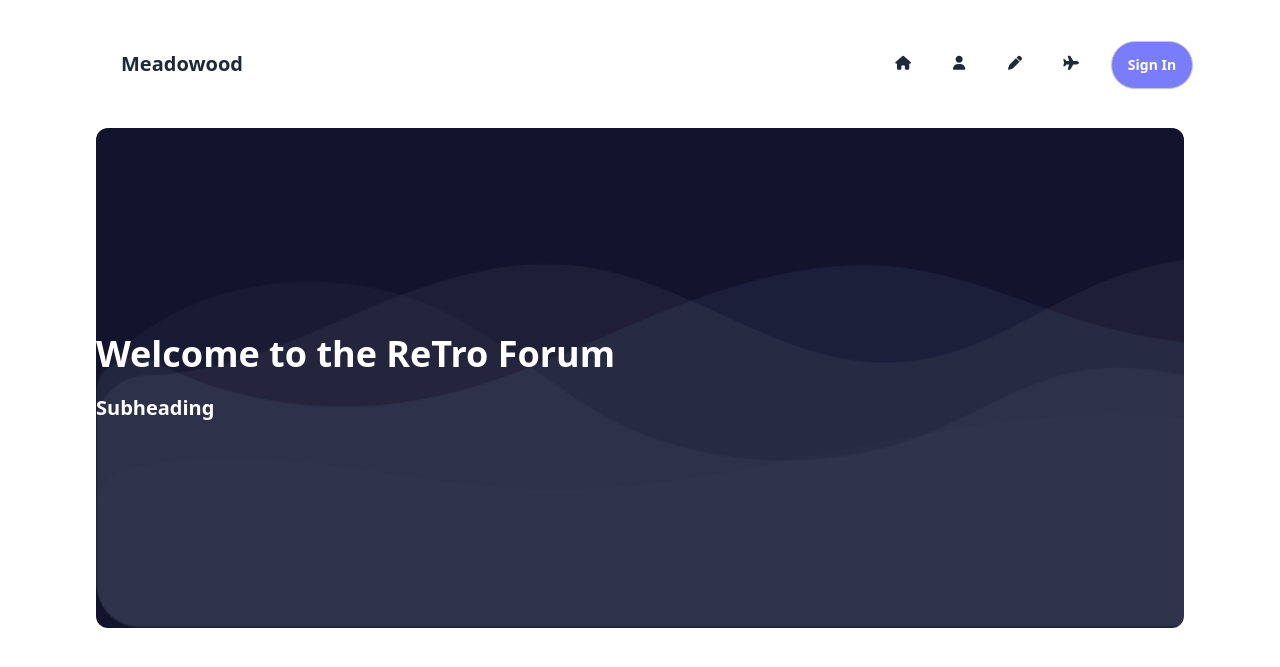
Repository: RudrasahaDibos/Meadowood-Forum
Page: index.html
The author's editor kept a copy of each file at every save. The page is drawn from the files as they stood at one save, then again after the next save.
The browser window is 1280 px wide. The pictures show the whole page.
Some web libraries are served in a nearby version.

Above is the page before, as saved 2024-11-24 12:38:18.

After the next save:
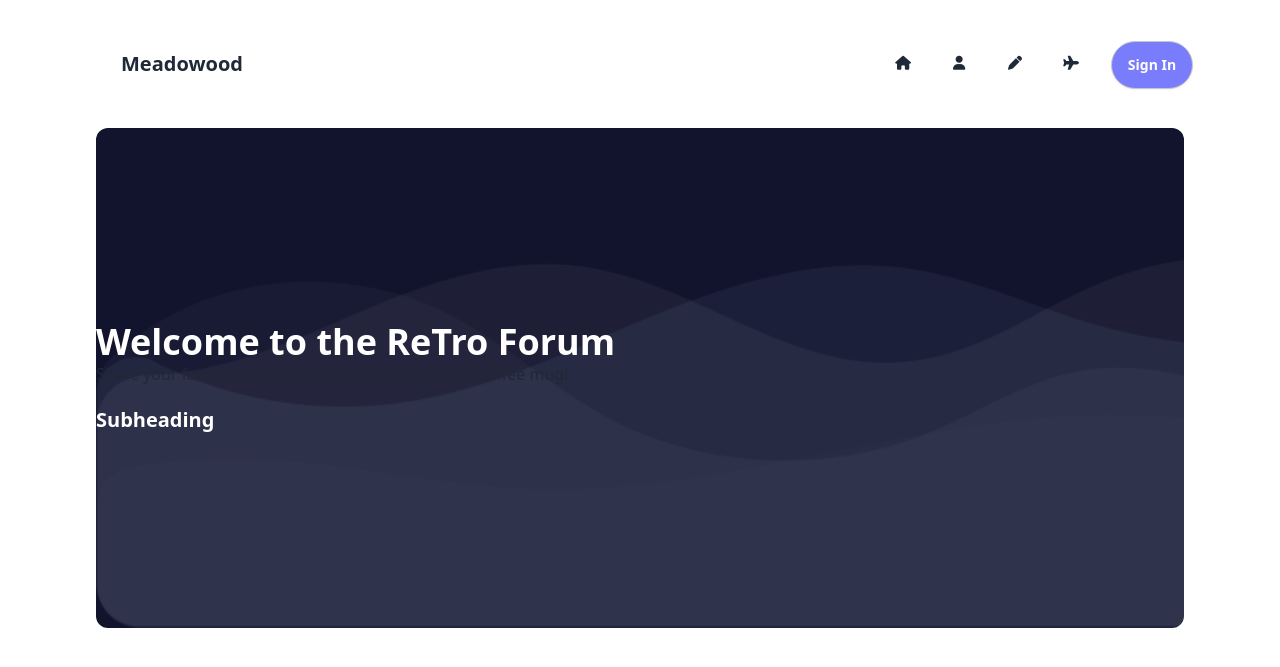
Saved 10 s later.
--- a/index.html
+++ b/index.html
@@ -75,6 +75,7 @@
 
                   <div>
                     <h2 class="text-4xl font-bold font-manrope text-white">Welcome to the ReTro Forum</h2>
+                    Share your favorite opinion and win and wp forum coffee mug!
                   </div>
 
                 <h6 class="text-xl font-bold font-manrope text-white">Subheading</h6>
